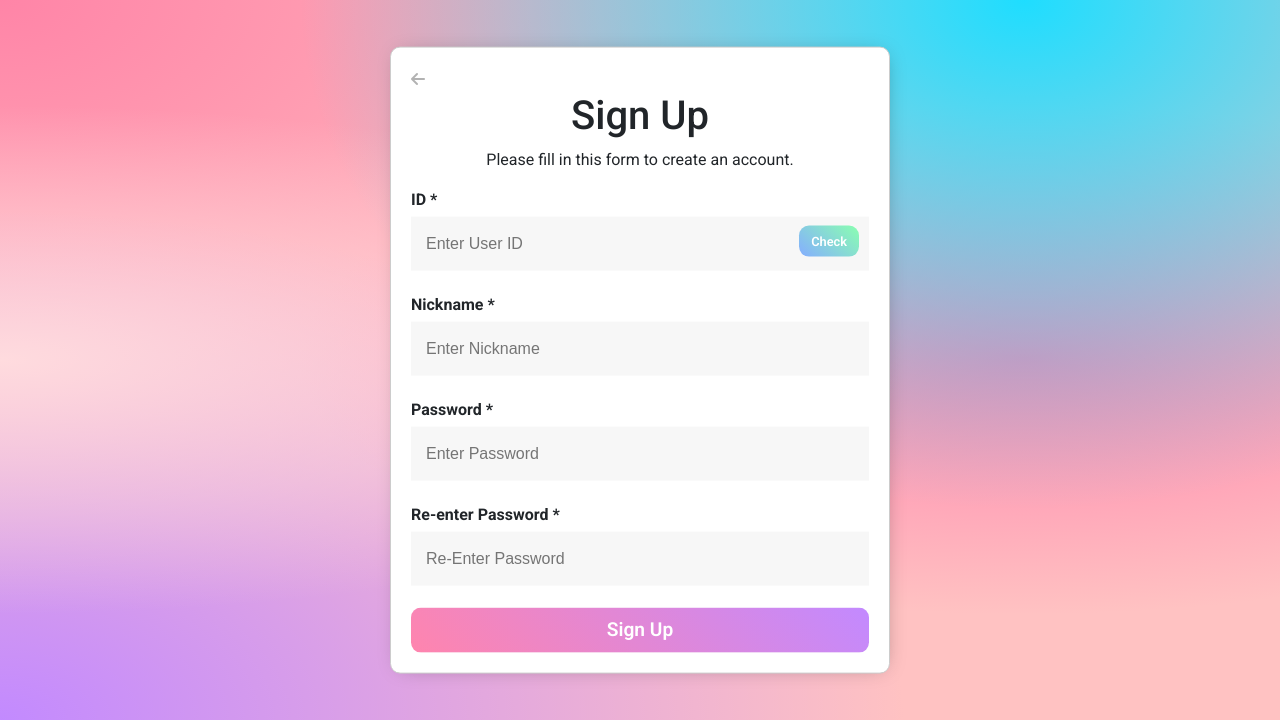
Repository: Jae-yi/JSPMybatis
Page: http://localhost/JspMybatisSub/WEB-INF/views/page/register.jsp
An editor plug-in stored every save of this project. The page is shown before and after the next save, followed by the edit.
The browser window is 1280 px wide. The pictures show the whole page.
Some web fonts or font styles are not loaded; a fallback is used. Some web libraries are served in a nearby version. The page is served by Tomcat 9. Nobody is signed in. Other server files are loaded and not shown. The template is opened directly, without the code that normally fills it, so the values that code supplies are empty.

Above is the page before, as saved 2023-02-01 12:26:19.

### JspMybatisSub/src/main/webapp/WEB-INF/views/page/register.jsp
<%@ page language="java" contentType="text/html; charset=UTF-8"
	pageEncoding="UTF-8"%>
<!DOCTYPE html>
<html>
<%@ include file="../include/style.jsp"%>
<link href="resources/css/register.css" rel="stylesheet" type="text/css">
<head>
<meta charset="UTF-8">
<script src="https://kit.fontawesome.com/3f27d28028.js"
	crossorigin="anonymous"></script>
<script src="https://ajax.aspnetcdn.com/ajax/jQuery/jquery-3.3.1.min.js"></script>
<script>
	$(document).ready(function() {

		//뒤로가기 버튼
		$("#goBack").click(function(e) {
			e.preventDefault();
			history.back();
		})

		// 아이디 중복체크
		$("#duplIdCheck").click(function(e) {
			e.preventDefault();
			duplIdCheck();
		})

		// 회원가입
		$("#submitBtn").click(function(e) {
			e.preventDefault();
			signUp();
		})

	});

	// 비밀번호 일치 여부 확인
	$(function() {
		$("#pwdSuccess").hide();
		$("#pwdFail").hide();
		$("#rePwd").keyup(function() {
			var pwd = $("#pwd").val();
			var rePwd = $("#rePwd").val();
			if (rePwd == "") {
				$("#pwdSuccess").hide();
				$("#pwdFail").hide();
			} else if (pwd != "" || rePwd != "") {
				if (pwd == rePwd) {
					$("#pwdSuccess").show();
					$("#pwdFail").hide();
					$("#rePwd").removeClass("is-invalid")
					$("#submitBtn").removeAttr("disabled");
				} else {
					$("#pwdSuccess").hide();
					$("#pwdFail").show();
					$("#rePwd").addClass("is-invalid")
					$("#submitBtn").attr("disabled", "disabled");
				}
			}
		});
	});

	$(function() {
		$("#pwdSuccess").hide();
		$("#pwdFail").hide();
		$("#pwd").keyup(function() {
			var pwd = $("#pwd").val();
			var rePwd = $("#rePwd").val();
			if (rePwd == "") {
				$("#pwdSuccess").hide();
				$("#pwdFail").hide();
			} else if (pwd != "" || rePwd != "") {
				if (pwd == rePwd) {
					$("#pwdSuccess").show();
					$("#pwdFail").hide();
					$("#rePwd").removeClass("is-invalid")
					$("#submitBtn").removeAttr("disabled");
				} else {
					$("#pwdSuccess").hide();
					$("#pwdFail").show();
					$("#rePwd").addClass("is-invalid")
					$("#submitBtn").attr("disabled", "disabled");
				}
			}
		});
	});

	function duplIdCheck() {
		//비동기 통신 선언 (ajax)
		$.ajax({
			type : "GET",
			url : "/idDuplCheck",
			dataType : "json",
			data : {
				id : $('#id').val(),
			}, //전송할 데이터
			success : function(data) {

				if (data.duplId == true) {
					alert('중복된 아이디입니다. 다른 아이디를 사용해주세요.');
				} else {
					alert('사용가능한 아이디입니다.');
				}
			},

		});

	};

	function signUp() {
		//비동기 통신 선언 (ajax)
		$.ajax({
			type : "GET",
			url : "/signUp",
			dataType : "json",
			data : {
				id : $('#id').val(),
				pwd : $('#pwd').val(),
				nickname : $('#nickname').val(),
			}, //전송할 데이터
			success : function(data) {

				if (data.signUp == true) {
					alert('중복된 아이디입니다. 다른 아이디를 사용해주세요.');
				} else {
					alert('사용가능한 아이디입니다.');
				}
			},

		});

	};
</script>
</head>
<body>
	<form>
		<div class="container">
			<i class="fa-sharp fa-solid fa-arrow-left" id="goBack"></i>
			<h1 style="text-align: center">Sign Up</h1>
			<p style="text-align: center">Please fill in this form to create
				an account.</p>

			<label for="email"><b>ID *</b></label>
			<div id ="idInputDiv" style="display:flex">
			<input type="text"
				name="username" id = "id" placeholder="Enter User ID" required>
			<button type="button" class="btn btn-outline-primary" id="duplIdCheck">Check</button>
			</div>
			<label
			for="nickname"><b>Nickname *</b></label>
			<input type="text" id="nickname"
			placeholder="Enter Nickname" name="nickname" required>
			<label
			for="psw"><b>Password *</b></label>
			<input type="password" id="pwd"
			placeholder="Enter Password" name="pwd" required>
			<label
			for="rePwd"><b>Re-enter Password *</b></label>
			 <input type="password" id="rePwd"
			placeholder="Re-Enter Password" name="rePwd" required>
			<span id="pwdFail" style="color:red;"><strong>비밀번호가 일치하지 않습니다.</strong></span>
			<span id="pwdSuccess" style="color:blue;"><strong>비밀번호가 일치합니다.</strong></span>

			<button type="submit" class="submitBtn" id="submitBtn">Sign Up</button>
		</div>
	</form>
</body>
</html>

### JspMybatisSub/src/main/webapp/WEB-INF/views/include/style.jsp
<%@ page language="java" contentType="text/html; charset=UTF-8"
	pageEncoding="UTF-8"%>
<head>
<meta charset="UTF-8">
<title>INTELLIJ2's PROJECT</title>

<!-- Bootstrap : CSS only -->
<link
	href="https://cdn.jsdelivr.net/npm/bootstrap@5.3.0-alpha1/dist/css/bootstrap.min.css"
	rel="stylesheet"
	integrity="sha384-GLhlTQ8iRABdZLl6O3oVMWSktQOp6b7In1Zl3/Jr59b6EGGoI1aFkw7cmDA6j6gD"
	crossorigin="anonymous">
<script
	src="https://cdn.jsdelivr.net/npm/bootstrap@5.3.0-alpha1/dist/js/bootstrap.bundle.min.js"
	integrity="sha384-w76AqPfDkMBDXo30jS1Sgez6pr3x5MlQ1ZAGC+nuZB+EYdgRZgiwxhTBTkF7CXvN"
	crossorigin="anonymous"></script>

<!-- Bootstrap : JavaScript Bundle with Popper -->
<script
	src="https://cdn.jsdelivr.net/npm/@popperjs/core@2.11.6/dist/umd/popper.min.js"
	integrity="sha384-oBqDVmMz9ATKxIep9tiCxS/Z9fNfEXiDAYTujMAeBAsjFuCZSmKbSSUnQlmh/jp3"
	crossorigin="anonymous"></script>
<script
	src="https://cdn.jsdelivr.net/npm/bootstrap@5.3.0-alpha1/dist/js/bootstrap.min.js"
	integrity="sha384-mQ93GR66B00ZXjt0YO5KlohRA5SY2XofN4zfuZxLkoj1gXtW8ANNCe9d5Y3eG5eD"
	crossorigin="anonymous"></script>

<!-- JQuery -->
<script src=https://cdnjs.cloudflare.com/ajax/libs/jquery/3.6.3/jquery.min.js></script>

</head>

### JspMybatisSub/src/main/webapp/resources/css/register.css
@charset "EUC-KR";
@import url('https://fonts.googleapis.com/css2?family=Poppins:wght@400;500;600&family=Roboto+Condensed:wght@700&family=Roboto:wght@300;400;500;600;700&display=swap');
@font-face {
    font-family: 'GmarketSansMedium';
    src: url('https://cdn.jsdelivr.net/gh/projectnoonnu/noonfonts_2001@1.1/GmarketSansMedium.woff') format('woff');
    font-weight: normal;
    font-style: normal;
}

body {
	font-family:  Roboto, GmarketSansMedium, sans-serif;
	background-color:#f7f7f7;
}
* {box-sizing: border-box}

body {
  background-color: #fff9f9;
  min-height: 700px;
  min-width: 700px;
  height: 100vh;
  width: 100vw;
  background-color:hsla(0,100%,88%,1);
  background-image:
radial-gradient(at 80% 0%, hsla(189,100%,56%,1) 0px, transparent 50%),
radial-gradient(at 0% 50%, hsla(355,100%,93%,1) 0px, transparent 50%),
radial-gradient(at 80% 50%, hsla(340,100%,76%,1) 0px, transparent 50%),
radial-gradient(at 0% 100%, hsla(269,100%,77%,1) 0px, transparent 50%),
radial-gradient(at 0% 0%, hsla(343,100%,76%,1) 0px, transparent 50%);
}

i {
  width: 10%;
  color: rgba(0,0,0,0.3);
}

/* Add padding to container elements */
.container {
    padding: 20px;
      width:500px;
    position: absolute;
    left: 50%;
    top: 50%;
    transform: translate(-50%, -50%);
      border:1px solid #ccc;
      border-radius:10px;
      background:white;
  -webkit-box-shadow: 2px 1px 21px -9px rgba(0,0,0,0.38);
  -moz-box-shadow: 2px 1px 21px -9px rgba(0,0,0,0.38);
  box-shadow: 2px 1px 21px -9px rgba(0,0,0,0.38);
  }

/* Full-width input fields */
input[type=text], input[type=password] {
  width: 100%;
  padding: 15px;
  margin: 5px 0 22px 0;
  display: inline-block;
  border: none;
  background: #f7f7f7;
	font-family: Montserrat,Arial, Helvetica, sans-serif;
}
select {
  width: 18%;
  padding: 15px;
  margin: 5px 0 22px 0;
  display: inline-block;
  border: none;
  background: #f7f7f7;
	font-family: Montserrat,Arial, Helvetica, sans-serif;
}

input[type=phone] {
  width: 81%;
  padding: 15px;
  margin: 5px 0 22px 0;
  display: inline-block;
  border: none;
  background: #f7f7f7;
}

input[type=text]:focus, input[type=password]:focus, input[type=phone]:focus, select:focus {
  background-color: #ddd;
  outline: none;
}

#idInputDiv > button {
  border: none;
  border-radius: 10px;
  font-size: 0.8rem;
  background-image: linear-gradient(43deg, hsla(220,100%,76%,1) 0%, hsla(500,100%,77%,1) 100%);
  color: white;
  font-weight: 600;
  position:absolute;
  right:30px;
  top:178px;
}

.submitBtn {
  border: none;
  padding:0.5rem;
  width: 100%;
  border-radius: 10px;
  font-size: 1.2rem;
  background-image: linear-gradient(43deg, hsla(340,100%,76%,1) 0%, hsla(269,100%,77%,1) 100%);
  color: white;
  font-weight: 600;
}

.submitBtn:disabled {
	opacity:0.7;
}

.submitBtn:hover {
  opacity:1;
}

After the next save:
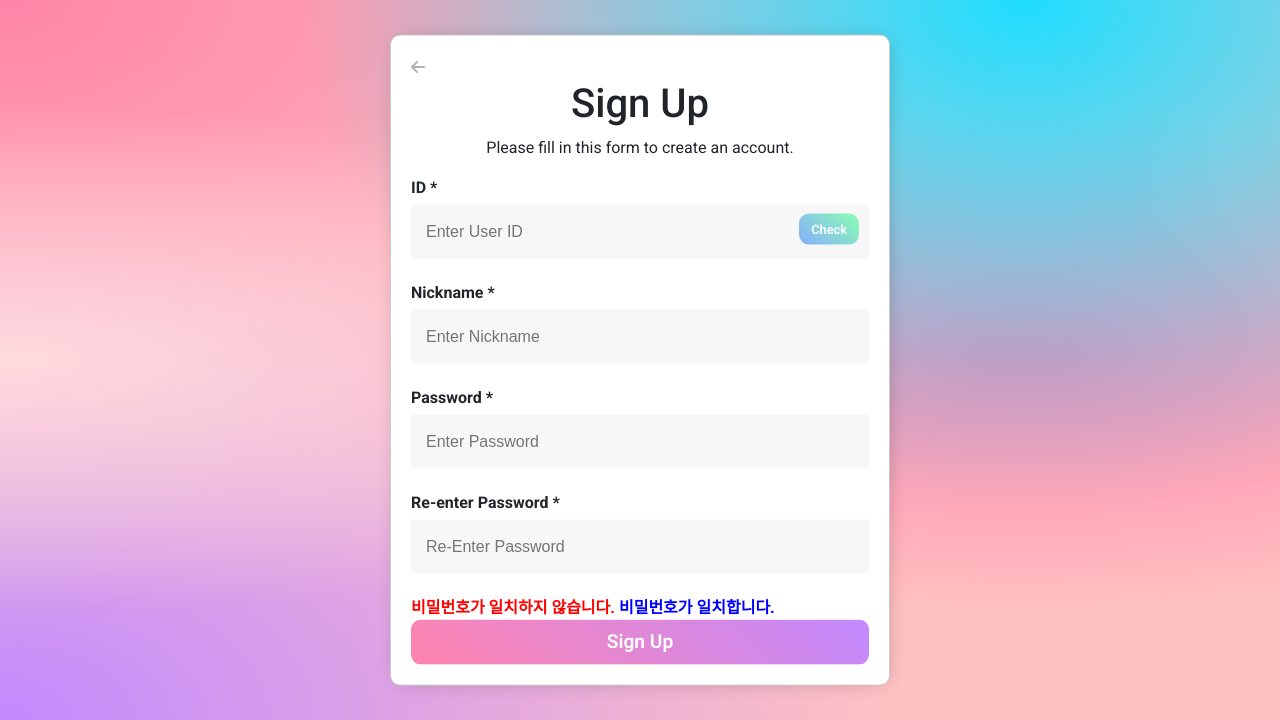
Console error: SyntaxError: Invalid or unexpected token
Saved 61 s later.
--- a/JspMybatisSub/src/main/webapp/WEB-INF/views/page/register.jsp
+++ b/JspMybatisSub/src/main/webapp/WEB-INF/views/page/register.jsp
@@ -119,9 +119,9 @@
 			success : function(data) {
 
 				if (data.signUp == true) {
-					alert('중복된 아이디입니다. 다른 아이디를 사용해주세요.');
+					alert('🎉 회원가입에 성공하였습니다! 🎉;
 				} else {
-					alert('사용가능한 아이디입니다.');
+					alert('회원가입에 실패하였습니다😭;
 				}
 			},
 

After the save that followed:
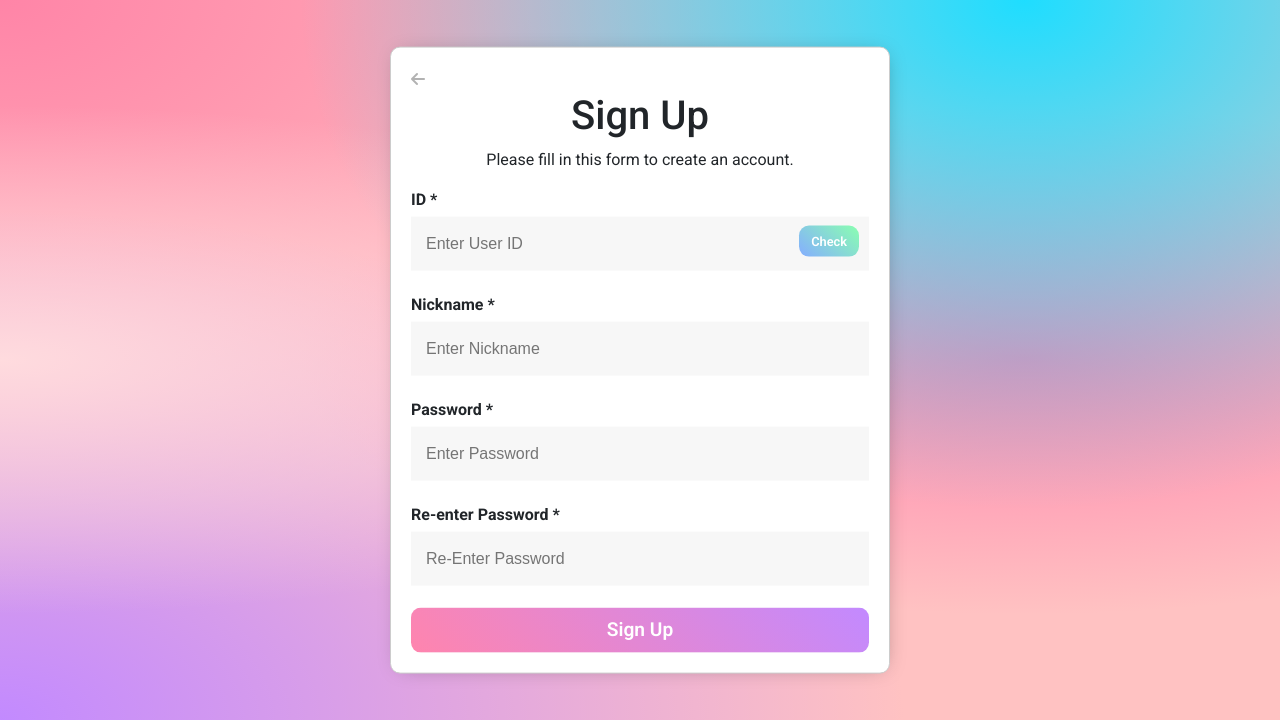
The error is gone.
Saved 42 s later.
--- a/JspMybatisSub/src/main/webapp/WEB-INF/views/page/register.jsp
+++ b/JspMybatisSub/src/main/webapp/WEB-INF/views/page/register.jsp
@@ -119,9 +119,9 @@
 			success : function(data) {
 
 				if (data.signUp == true) {
-					alert('🎉 회원가입에 성공하였습니다! 🎉;
+					alert('🎉 회원가입에 성공하였습니다! 🎉');
 				} else {
-					alert('회원가입에 실패하였습니다😭;
+					alert('회원가입에 실패하였습니다😭');
 				}
 			},
 
